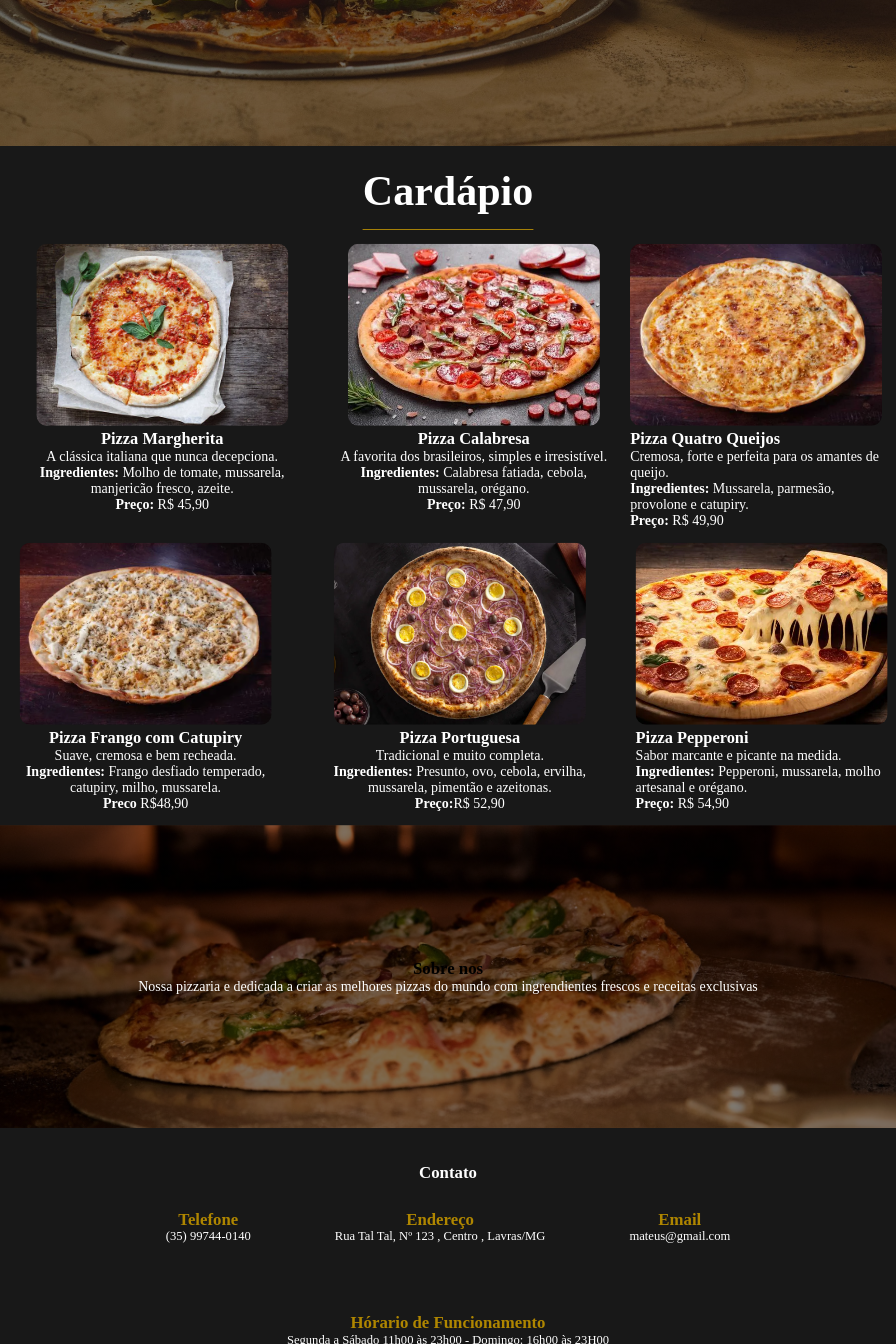
Repository: Mateushlp/landing-page-pizza
Page: index.html
These files come from the project's save history. The page is drawn as it stood at one moment and after a run of saves; the edit follows.
The browser window is 1280 px wide. The pictures show the part of the page from y = 775 to 2695 px (the page is 2900 px tall before and 2953 px after), at 70% of full size.

Above is the page before, as saved 2026-05-03 11:35:14.

After the next 2 saves:
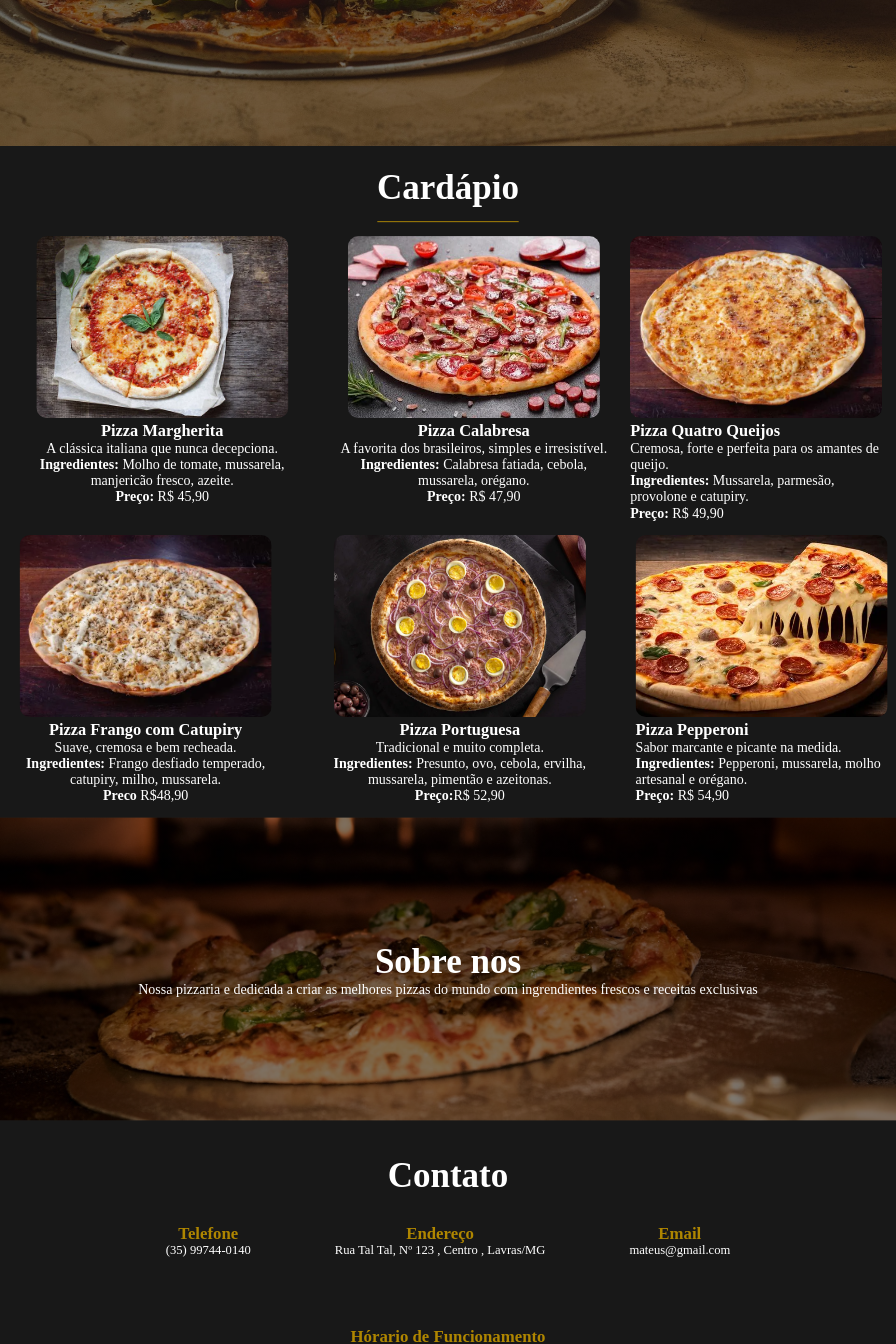
The 2 saves are shown as one change because they came seconds apart.
The last was saved 11 s later.
--- a/style.css
+++ b/style.css
@@ -133,8 +133,8 @@ color: #e2ae01;
     color: #fff;
 }
 .sobre1 ,h2{
-    font-size:50px
-    color:#fff
+    font-size:50px;
+    color:#fff;
 }
 .sobre1 p{
     font-size: 20px;
